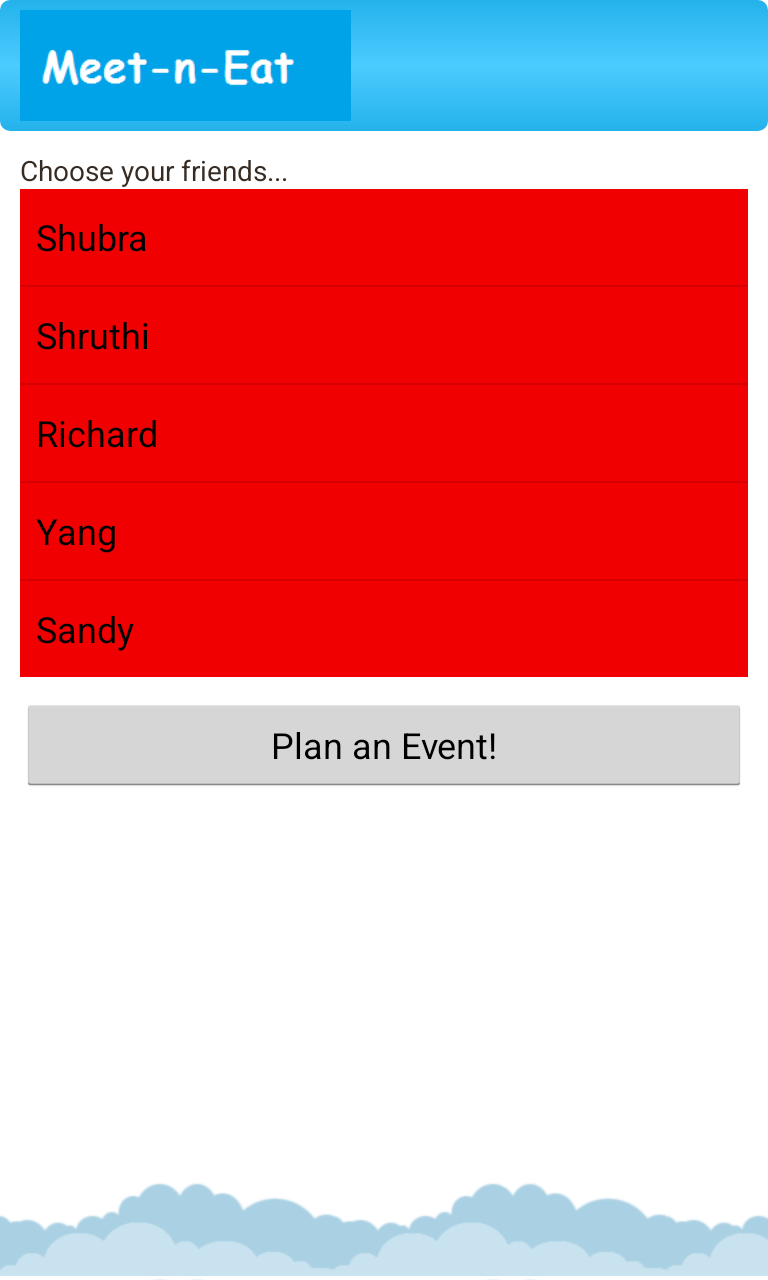
Repository: shubra-shetty/MasterProject
Layout: finalprojecttry1/finalproject_try1/res/layout/home.xml
An editor plug-in stored every save of this project. The layout is shown before and after the next save, followed by the edit.
It is drawn on a 768 x 1280 px phone screen (xhdpi) without system bars, with theme AppTheme; the app's code is not run. Lists and similar views that code fills are empty.

Above is the layout before, as saved 2014-11-20 06:03:18.

After the next save:
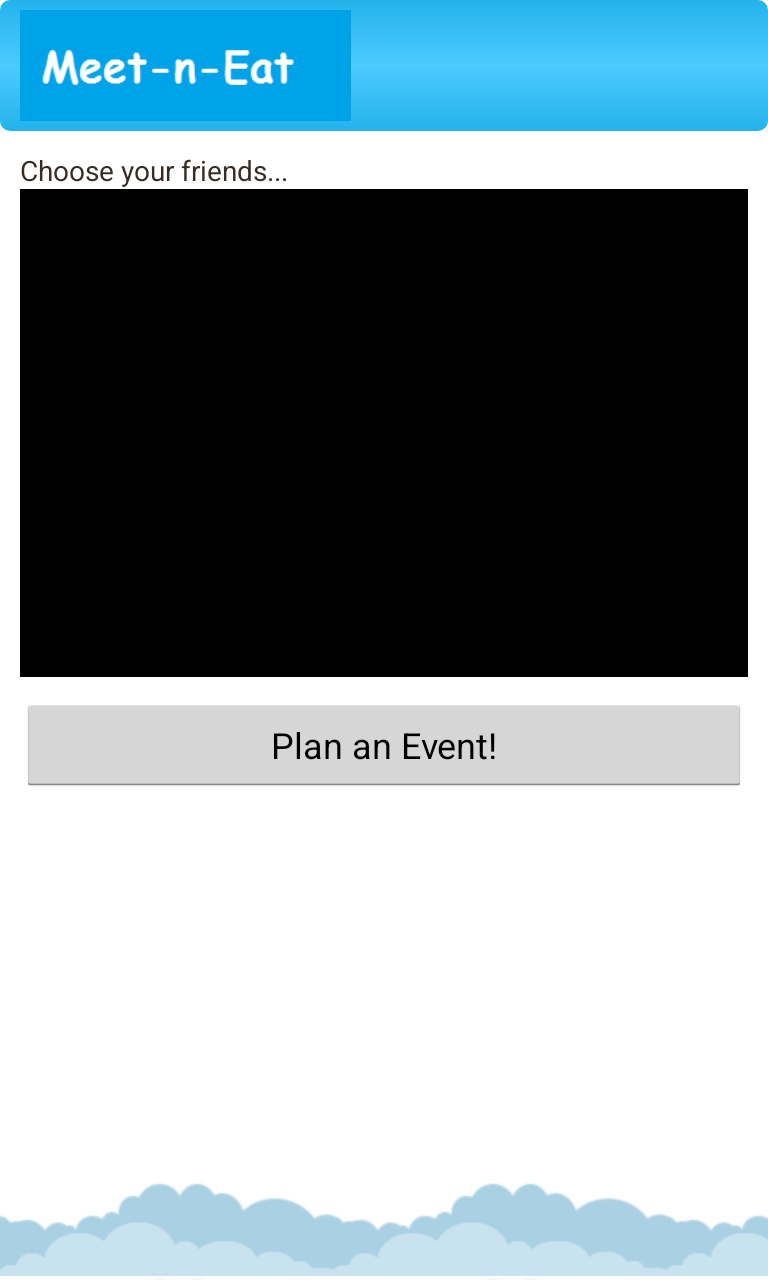
Saved 24 s later.
--- a/finalprojecttry1/finalproject_try1/res/layout/home.xml
+++ b/finalprojecttry1/finalproject_try1/res/layout/home.xml
@@ -58,7 +58,7 @@
         android:layout_height="match_parent"
         android:entries="@array/friends"
         android:drawSelectorOnTop="false"
-        android:background="#fff00000"/>
+        android:background="#ff000000"/>
 
 		  <!-- Plan an Event button -->
 		  <Button android:id="@+id/btnPlan"
